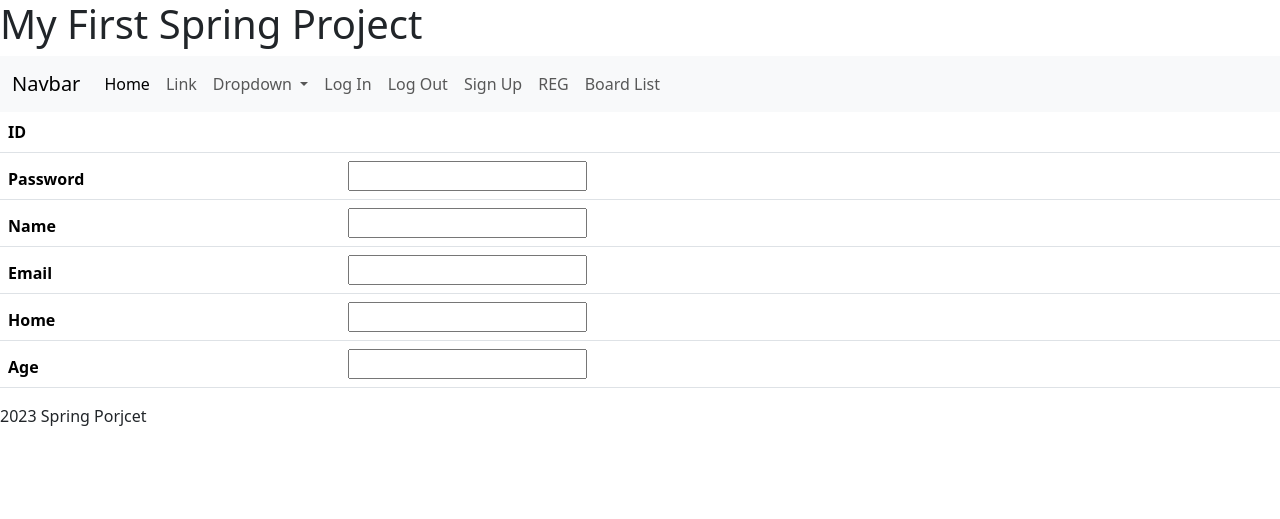
Repository: Leesunghoon1/ezenSpring
Page: http://localhost/spring-Test/WEB-INF/views/member/modify.jsp
These files come from the project's save history. The page is drawn as it stood at one moment and after the next save; the edit follows.
The browser window is 1280 px wide. The pictures show the whole page.
The page is served by Tomcat 9. Nobody is signed in. The template is opened directly, without the code that normally fills it, so the values that code supplies are empty.

Above is the page before, as saved 2023-10-06 11:42:41.

After the next save:
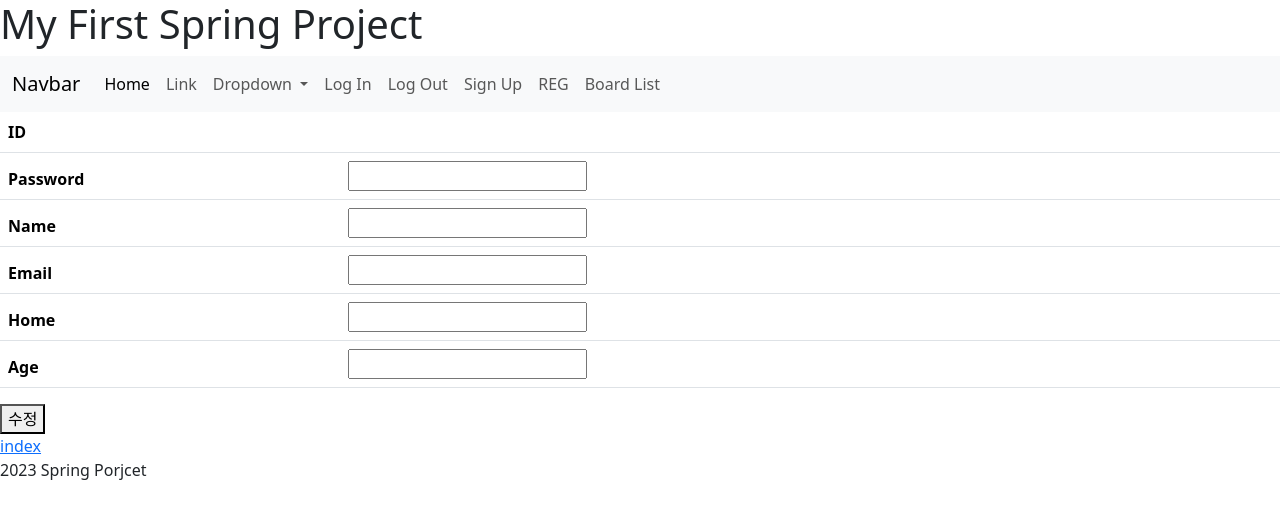
Saved 84 s later.
--- a/spring-Test/src/main/webapp/WEB-INF/views/member/modify.jsp
+++ b/spring-Test/src/main/webapp/WEB-INF/views/member/modify.jsp
@@ -39,7 +39,9 @@
 	</tr>
 </thead>
 </table>
+<button type="submit">수정</button>
 </form>
+<a href="/">index</a>
 <jsp:include page="../layout/footer.jsp"></jsp:include>
 </body>
 </html>
